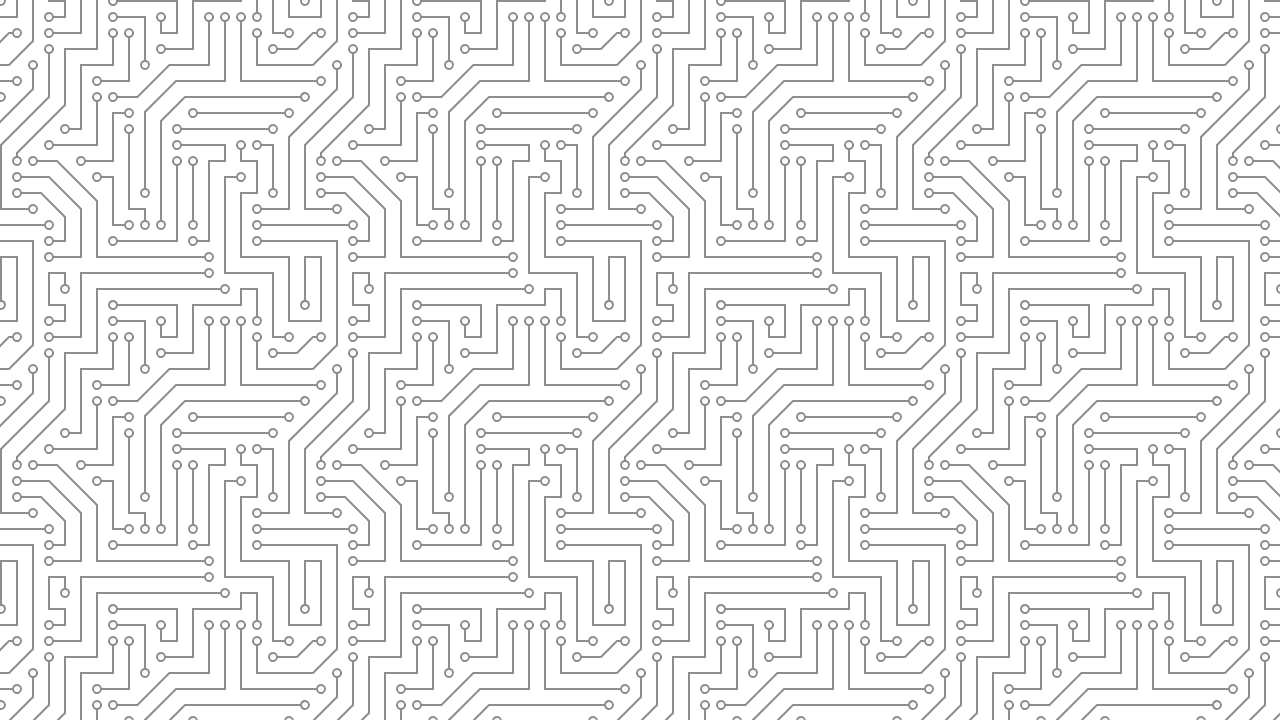
Repository: davidwood3/test-template
Page: .vscode/quote-generator/index.html
These files come from the project's save history. The page is drawn as it stood at one moment and after the next save; the edit follows.
The browser window is 1280 px wide. The pictures show the whole page.
Some web libraries are served in a nearby version.

Above is the page before, as saved 2023-07-25 19:38:25.
Console error: SyntaxError: Unexpected token '<'

### .vscode/quote-generator/index.html
<!DOCTYPE html>
<html lang="en">
<head>
    <meta charset="UTF-8">
    <meta name="viewport" content="width=device-width, initial-scale=1.0">
    <title>Quote Gererator</title>

    <script src="https://kit.fontawesome.com/f13702c793.js" crossorigin="anonymous"></script>

    <link rel="stylesheet" href="style.css"
</head>
<body>


    <!-- Script  -->
   <script src="script.js"></script>
</body>
</html>

### .vscode/quote-generator/style.css
@import url('https://fonts.googleapis.com/css2?family=Montserrat&display=swap');

html {
    box-sizing: border-box;
}

body {
    margin: 0;
    min-height: 100vh;
    background-color: #ffffff;
    background-image: url("data:[embedded picture, 5330 characters]");
    color: #000;
    font-family: Montserrat, sans-serif;
    font-weight: 700;
    text-align: center;
    display: flex;
    align-items: center;
    justify-content: center;
}

.quote-container {
    width: auto;
    max-width: 900px;
    padding: 20px 30px;
    border-radius: 10px;
    background-color: rgba(255, 255, 255, 0.4);
    box-shadow: 0 10px 10px 10px rgba(0, 0, 0, 0.2);
}

### .vscode/quote-generator/script.js
<!DOCTYPE html>

After the next save:
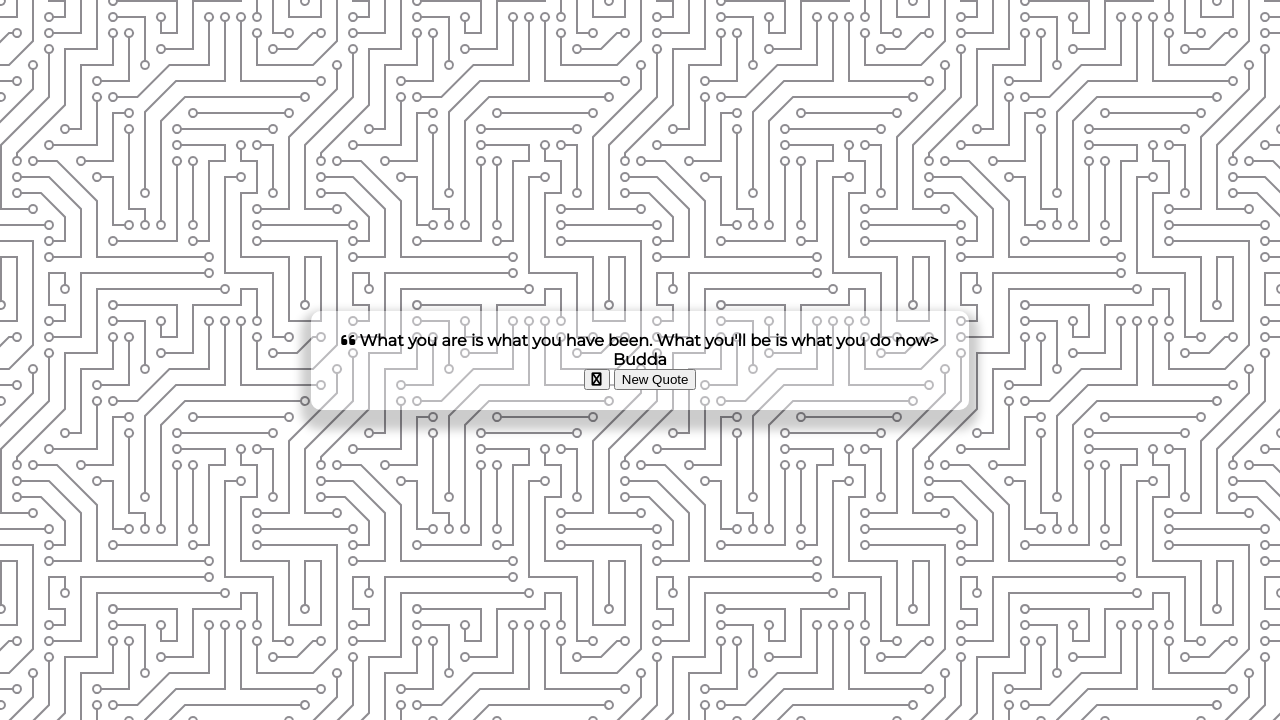
Saved 8 min 45 s later.
--- a/.vscode/quote-generator/index.html
+++ b/.vscode/quote-generator/index.html
@@ -10,7 +10,24 @@
     <link rel="stylesheet" href="style.css"
 </head>
 <body>
-
+    <div class="quote-container" id="quote-container">
+        <!-- Quote -->
+        <div class="quote-text">
+            <i class="fas fa-quote-left"></i>
+            <span id="quote">What you are is what you have been. What you'll be is what you do now></span>
+        </div>
+        <!-- Author -->
+        <div class="quote-author">
+            <span id="author">Budda</span>
+        </div>
+        <!-- Buttons -->
+        <div class="button-container">
+            <button class="twitter-button" id="twitter" title="Tweet This!">
+                <i class="fas fa-twitter"></i>
+            </button>
+            <button id="new-quote">New Quote</button>
+        </div>
+    </div>
 
     <!-- Script  -->
    <script src="script.js"></script>
